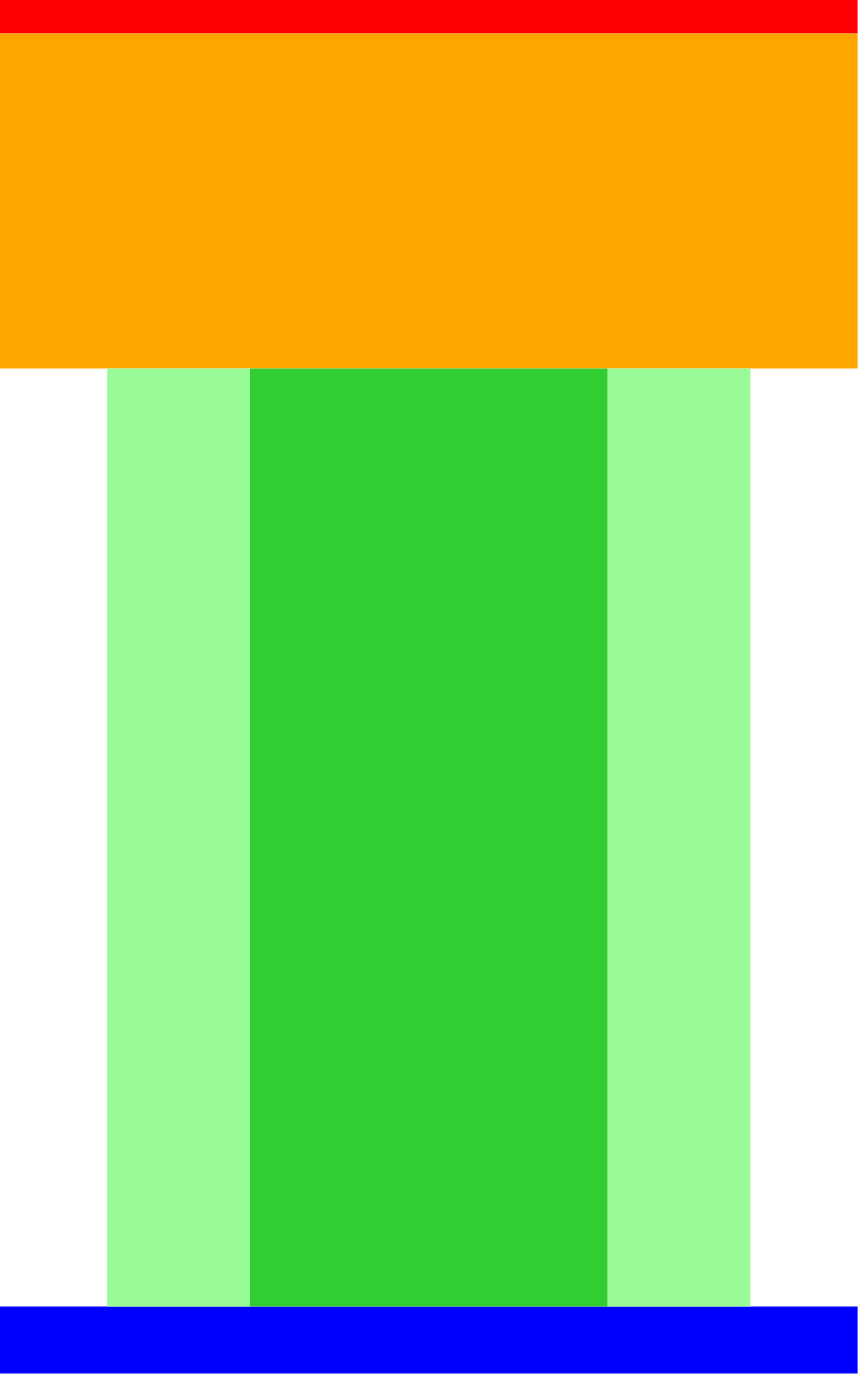
Repository: takanauti/task
Page: chapter4_exercise/index2.html
The author's editor kept a record of every edit. The page is drawn from the files as they stood at one moment, then again after the next edit.
The browser window is 1280 px wide. The pictures show the whole page, at 67% of full size.

Above is the page before.

After the next edit:
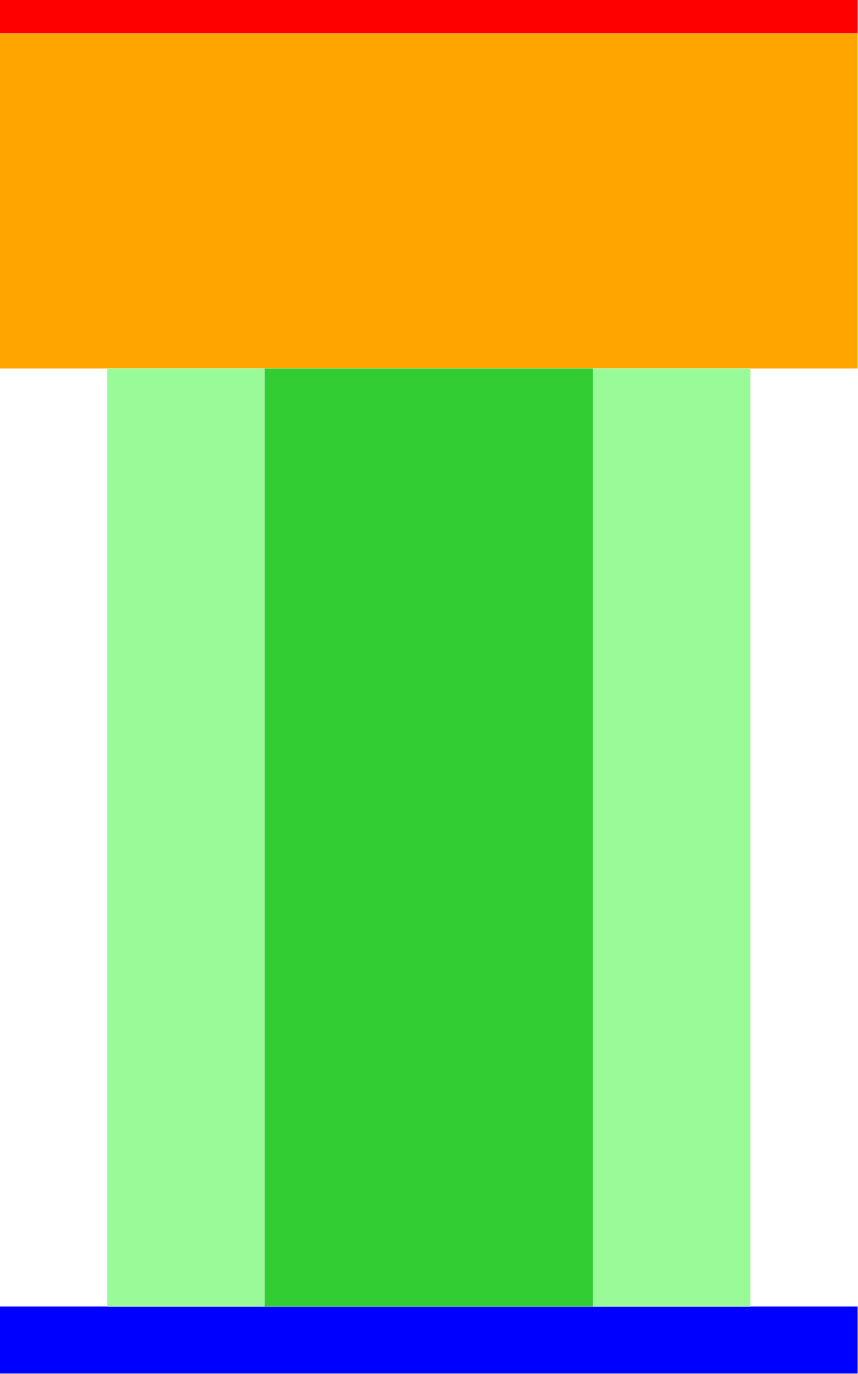
The edit:
--- a/chapter4_exercise/style2.css
+++ b/chapter4_exercise/style2.css
@@ -27,7 +27,7 @@
 }
 
 .blog {
-  width: 600px; /* 横幅600px */
+  width: 500px; /* 横幅600px */
   height: 1400px; /* 高さ1400px */
   background-color: limegreen; /* 背景色limegreen */
 }
